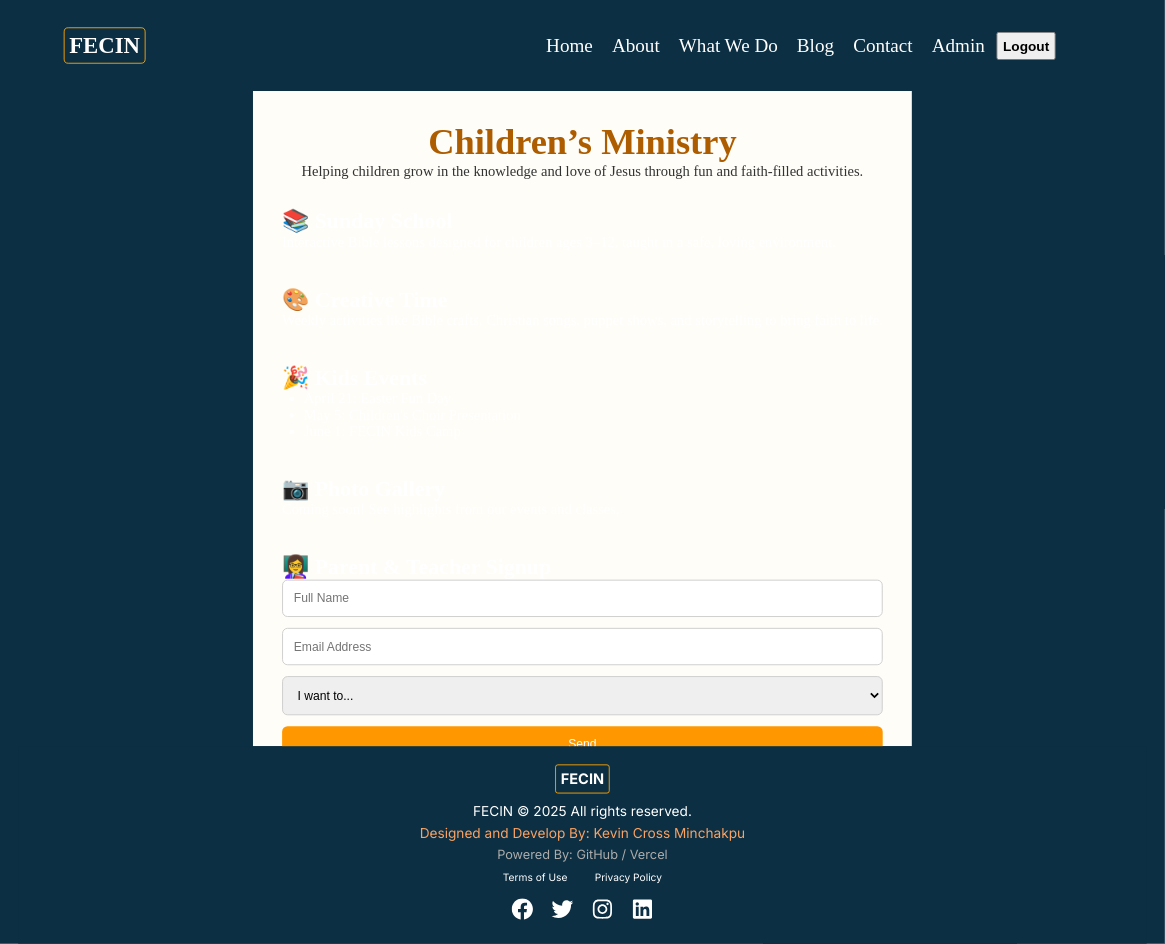
Repository: KCMinchakpu/fecin-projectgs497
Page: /youth-ministry
These files come from the project's save history. The page is drawn as it stood at one moment and after the next save; the edit follows.
The browser window is 1280 px wide. The pictures show the whole page, at 91% of full size.
The project was rebuilt for these pictures with package versions that can differ from the ones it lists, and the page was loaded fresh each time. The framework's server and built-in components were replaced by stand-ins that run in the browser. Also part of the build but not shown: next.config.mjs.

Above is the page before, as saved 2025-04-07 14:07:27.

After the next save:
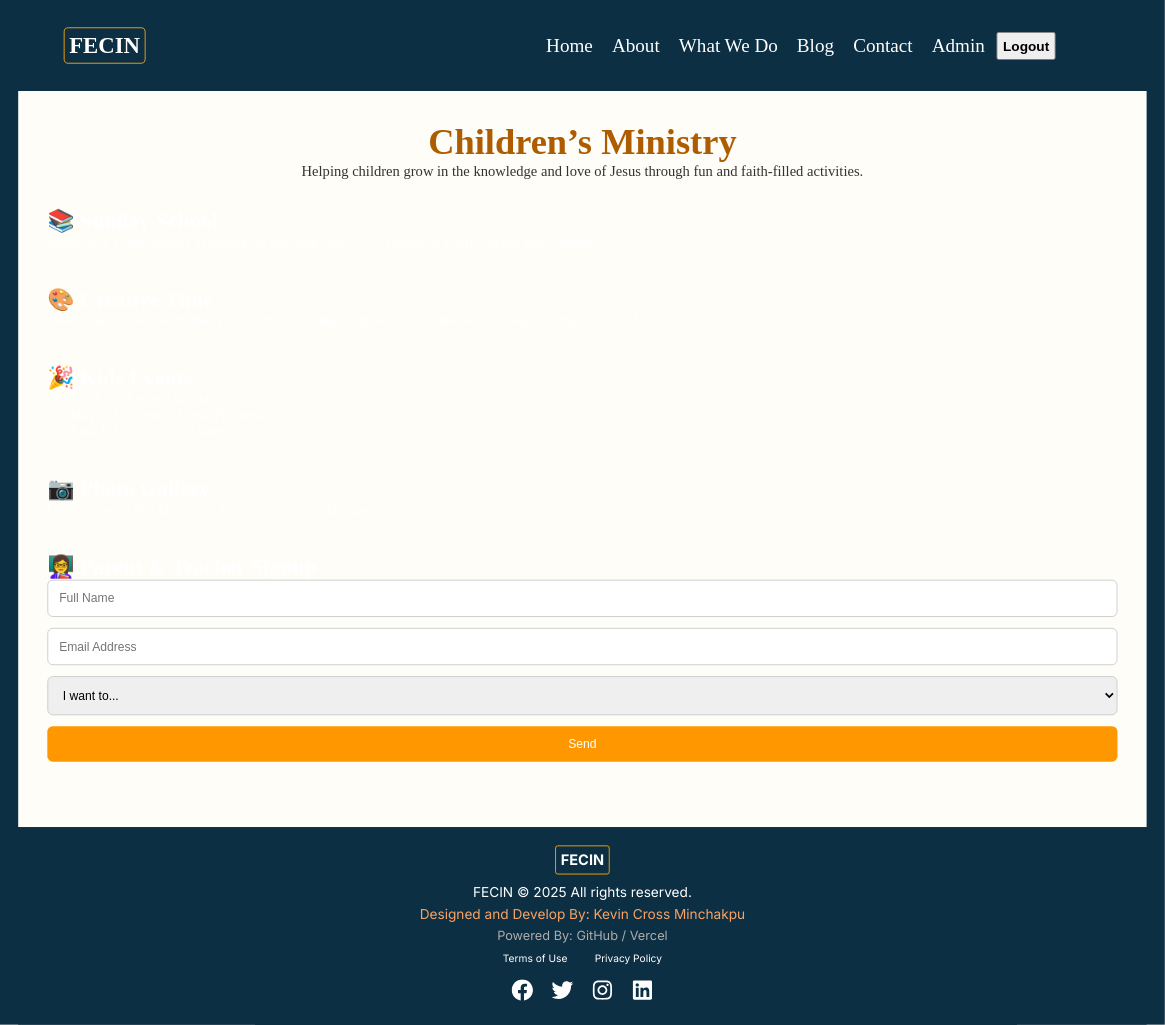
Saved 31 s later.
--- a/src/app/youth-ministry/YouthMinistry.module.css
+++ b/src/app/youth-ministry/YouthMinistry.module.css
@@ -1,9 +1,7 @@
 .container {
     padding: 2rem;
-    margin: auto;
     font-family: 'Arial, sans-serif';
     background-color: #fffdf7;
-    height: 100vh;
   }
 
   .heading {
